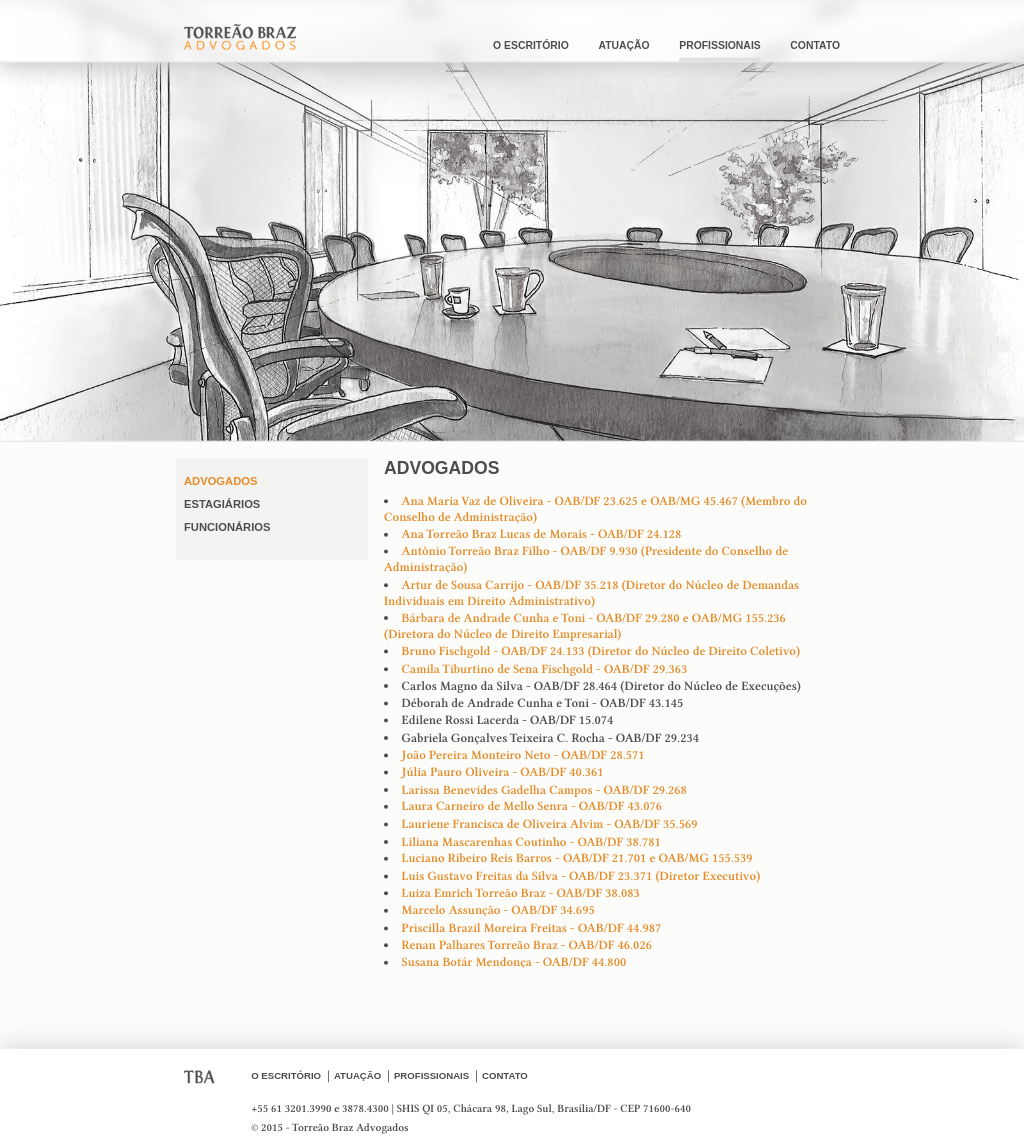
Repository: flira/torreao-braz
Page: dev/profissionais.html
The author's editor kept a record of every edit. The page is drawn from the files as they stood at one moment, then again after the next edit.
The browser window is 1280 px wide. The pictures show the whole page, at 80% of full size.
Some web libraries are served in a nearby version.

Above is the page before.

After the next edit:
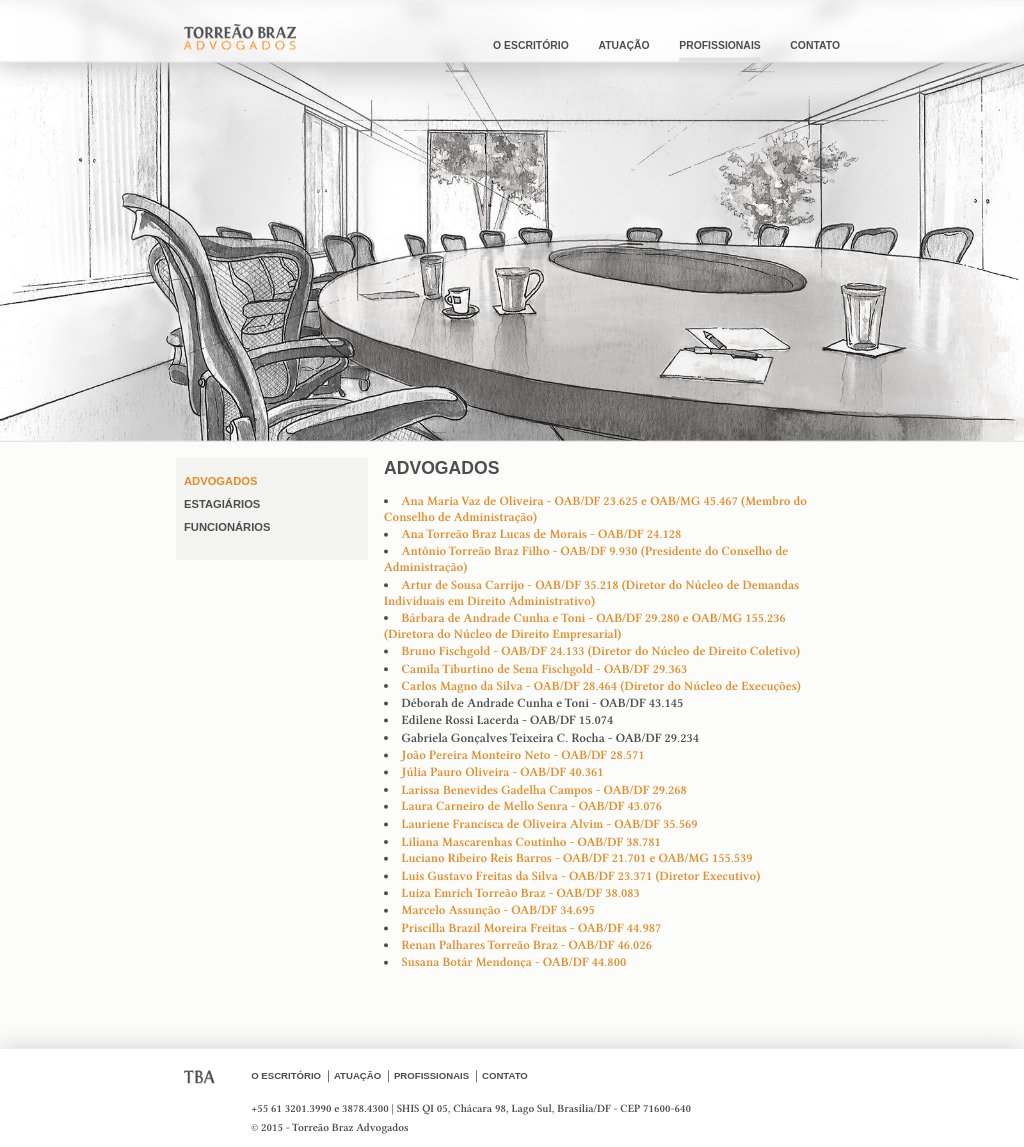
The edit:
--- a/dev/profissionais.html
+++ b/dev/profissionais.html
@@ -155,7 +155,7 @@
                 </div>
             </li>
             <li class="accordion">
-              <span>Carlos Magno da Silva - OAB/DF 28.464 (Diretor do Núcleo de Execuções)</span>
+              <a href="#" class="portfolio">Carlos Magno da Silva - OAB/DF 28.464 (Diretor do Núcleo de Execuções)</a>
                 <div>
                   <div class="content">
                     <a href="mailto:carlosmagno@torreaobraz.com.br" class="email">carlosmagno@torreaobraz.com.br</a>
